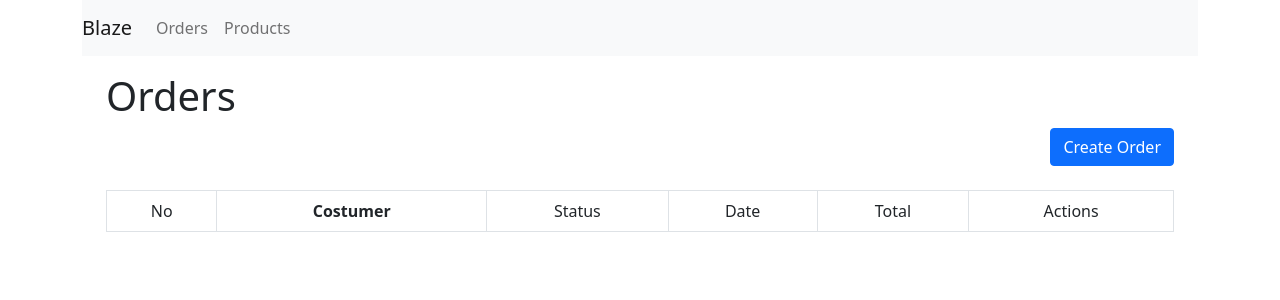
Repository: Isamae/Fractal
Page: / (app in frond/)
An editor plug-in stored every save of this project. The page is shown before and after the next save, followed by the edit.
The browser window is 1280 px wide. The pictures show the whole page.
The page's requests for data from a server got no answer. The project was rebuilt for these pictures with package versions that can differ from the ones it lists, and the page was loaded fresh each time. No one was signed in, and anything a server would have sent is missing. Also part of the build but not shown: frond/src/App.css, frond/src/components/ProductComponent.js, frond/src/components/AddProductComponent.js, frond/src/components/AddOrderComponent.js, frond/src/components/EditProductComponent.js.

Above is the page before, as saved 2021-09-17 17:44:45.

### frond/src/index.js
import React from 'react';
import ReactDOM from 'react-dom';
import { BrowserRouter } from "react-router-dom";

import App from './App';
import * as serviceWorker from "./serviceWorker";


ReactDOM.render(
  <BrowserRouter>
    <App />
  </BrowserRouter>,
  document.getElementById('root')
);

serviceWorker.unregister();

### frond/src/App.js
import React, { Component } from "react";
import { Switch, Route, Link } from "react-router-dom";

import 'bootstrap/dist/css/bootstrap.min.css'
import './App.css';

import ProductComponent from "./components/ProductComponent";
import OrderComponent from "./components/OrderComponent";
import AddProductComponent from "./components/AddProductComponent";
import AddOrderComponent from "./components/AddOrderComponent";
import EditProductComponent from "./components/EditProductComponent";

class App extends Component {
  render() {
    return (
      <div className="container">
          <nav className="navbar navbar-expand-lg navbar-light bg-light">
              <Link to={"/orders"} className="navbar-brand">
                Blaze
              </Link>
              <div className="navbar-nav mr-auto">
                  <li className="nav-item">
                      <Link to={"/orders"} className="nav-link">
                          Orders
                      </Link>
                  </li>
                  <li className="nav-item">
                      <Link to={"/products"} className="nav-link">
                        Products
                      </Link>
                  </li>
              </div>
          </nav>

          <div className="container mt-3">
              <Switch>
                  <Route exact path="/products" component={ProductComponent} />
                  <Route exact path={["/", "/orders"]} component={OrderComponent} />
                  <Route exact path="/products/product" component={AddProductComponent} />
                  <Route exact path="/orders/order" component={AddOrderComponent} />
                  <Route path="/products/product/:id" component={EditProductComponent} />
              </Switch>
          </div>
      </div>
    );
  }
}

export default App;

### frond/src/serviceWorker.js
const isLocalhost = Boolean(
  window.location.hostname === 'localhost' ||
    // [::1] is the IPv6 localhost address.
    window.location.hostname === '[::1]' ||
    // 127.0.0.0/8 are considered localhost for IPv4.
    window.location.hostname.match(
      /^127(?:\.(?:25[0-5]|2[0-4][0-9]|[01]?[0-9][0-9]?)){3}$/
    )
);

export function register(config) {
  if (process.env.NODE_ENV === 'production' && 'serviceWorker' in navigator) {
    // The URL constructor is available in all browsers that support SW.
    const publicUrl = new URL(process.env.PUBLIC_URL, window.location.href);
    if (publicUrl.origin !== window.location.origin) {
      // Our service worker won't work if PUBLIC_URL is on a different origin
      // from what our page is served on. This might happen if a CDN is used to
      return;
    }

    window.addEventListener('load', () => {
      const swUrl = `${process.env.PUBLIC_URL}/service-worker.js`;

      if (isLocalhost) {
        // This is running on localhost. Let's check if a service worker still exists or not.
        checkValidServiceWorker(swUrl, config);

        // Add some additional logging to localhost, pointing developers to the
        // service worker/PWA documentation.
        navigator.serviceWorker.ready.then(() => {
          console.log(
            'This web app is being served cache-first by a service ' +
              'worker. To learn more, visit https://bit.ly/CRA-PWA'
          );
        });
      } else {
        // Is not localhost. Just register service worker
        registerValidSW(swUrl, config);
      }
    });
  }
}

function registerValidSW(swUrl, config) {
  navigator.serviceWorker
    .register(swUrl)
    .then(registration => {
      registration.onupdatefound = () => {
        const installingWorker = registration.installing;
        if (installingWorker == null) {
          return;
        }
        installingWorker.onstatechange = () => {
          if (installingWorker.state === 'installed') {
            if (navigator.serviceWorker.controller) {
              // At this point, the updated precached content has been fetched,
              // but the previous service worker will still serve the older
              // content until all client tabs are closed.
              console.log(
                'New content is available and will be used when all ' +
                  'tabs for this page are closed. See https://bit.ly/CRA-PWA.'
              );

              // Execute callback
              if (config && config.onUpdate) {
                config.onUpdate(registration);
              }
            } else {
              // At this point, everything has been precached.
              // It's the perfect time to display a
              // "Content is cached for offline use." message.
              console.log('Content is cached for offline use.');

              // Execute callback
              if (config && config.onSuccess) {
                config.onSuccess(registration);
              }
            }
          }
        };
      };
    })
    .catch(error => {
      console.error('Error during service worker registration:', error);
    });
}

function checkValidServiceWorker(swUrl, config) {
  // Check if the service worker can be found. If it can't reload the page.
  fetch(swUrl, {
    headers: { 'Service-Worker': 'script' }
  })
    .then(response => {
      // Ensure service worker exists, and that we really are getting a JS file.
      const contentType = response.headers.get('content-type');
      if (
        response.status === 404 ||
        (contentType != null && contentType.indexOf('javascript') === -1)
      ) {
        // No service worker found. Probably a different app. Reload the page.
        navigator.serviceWorker.ready.then(registration => {
          registration.unregister().then(() => {
            window.location.reload();
          });
        });
      } else {
        // Service worker found. Proceed as normal.
        registerValidSW(swUrl, config);
      }
    })
    .catch(() => {
      console.log(
        'No internet connection found. App is running in offline mode.'
      );
    });
}

export function unregister() {
  if ('serviceWorker' in navigator) {
    navigator.serviceWorker.ready
      .then(registration => {
        registration.unregister();
      })
      .catch(error => {
        console.error(error.message);
      });
  }
}

### frond/src/components/OrderComponent.js
import React from "react";
import { Link } from "react-router-dom";
import Routes from "../services/routes.service";

class ProductComponent extends React.Component{
    constructor(props){
        super(props)
        this.state ={
            orders:[]
        }
    }

    componentDidMount(){
        this.getOrders();
    }

    getOrders(){
        Routes.getAllOrders().then(
            response => {
                this.setState({orders: response.data})
                console.log(response.data)
            }

        ).catch(e => {
            console.log(e);
        });
    }

    render(){
        return (
            <div  className="container ">
                <div className="d-flex flex-row"><h1> Orders</h1></div>
                <div className="d-flex flex-row-reverse mb-4">
                    <Link
                        to={"/orders/order"}
                    >
                        <button type="button" className="btn btn-primary">Create Order</button>
                    </Link>
                </div>
                <div className="row">
                    <div className="table-responsive ">
                        <table className="table table-striped table-hover table-bordered text-center">
                            <thead>

                                <tr>
                                    <td scope="col">No</td>
                                    <td><strong>Costumer</strong></td>
                                    <td>Status</td>
                                    <td>Date</td>
                                    <td>Total</td>
                                    <td>Actions</td>
                                </tr>

                            </thead>
                            <tbody>
                                {
                                    this.state.orders.map(
                                        order =>
                                        <tr key = {order._id}>
                                            <td>{order.order_number}</td>
                                            <td>{order.consumer.name}</td>
                                            <td>{order.order_status}</td>
                                            <td>{order.order_date}</td>
                                            <td>{order.total_amount}</td>
                                            <td>
                                                <Link
                                                    to={"/orders/order/"+order._id}
                                                >
                                                    Edit
                                                </Link>

                                            </td>
                                        </tr>
                                    )
                                }
                            </tbody>
                        </table>
                    </div>
                </div>
            </div>
        )
    }
}

export default ProductComponent

### frond/src/services/routes.service.js
import http from '../http';

class Routes{
    /*Product*/
    getAllProducts(){
        return http.get("/products/");
    }

    createProduct(data) {
        return http.post("/products/product", data);
    }

    updateProduct(id, data) {
        return http.put(`/products/product/${id}`, data);
    }

    deleteProduct(id) {
        return http.delete(`/products/product/${id}`);
    }

    getProduct(id) {
        return http.get(`/products/product/dato/${id}`);
    }

    /*Orders*/

    getAllOrders(){
        return http.get("/orders/");
    }

    createOrder(data) {
        return http.post("/orders/order", data);
    }

    /*Consumer*/

    createConsumer(data) {
        return http.post("/consumers/consumer", data);
    }
}

export default new Routes();

Loaded but not shown: frond/public/index.html (common file); frond/src/http.js (common file)

After the next save:
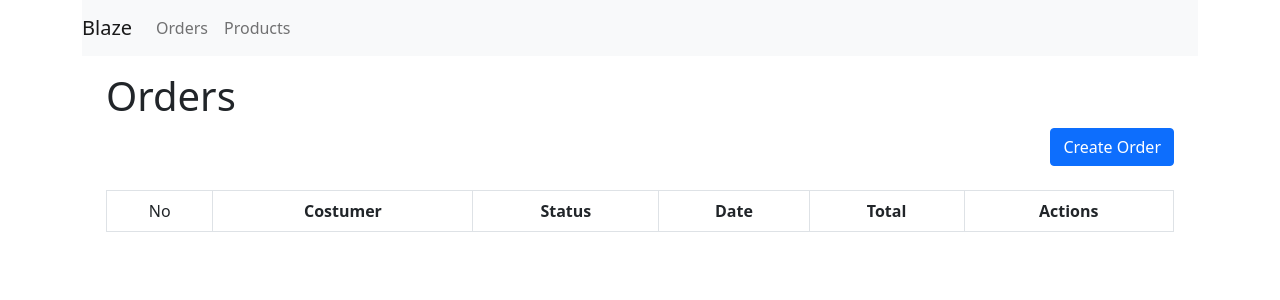
Saved 24 s later.
--- a/frond/src/components/OrderComponent.js
+++ b/frond/src/components/OrderComponent.js
@@ -45,10 +45,10 @@ class ProductComponent extends React.Component{
                                 <tr>
                                     <td scope="col">No</td>
                                     <td><strong>Costumer</strong></td>
-                                    <td>Status</td>
-                                    <td>Date</td>
-                                    <td>Total</td>
-                                    <td>Actions</td>
+                                    <td><strong>Status</strong></td>
+                                    <td><strong>Date</strong></td>
+                                    <td><strong>Total</strong></td>
+                                    <td><strong>Actions</strong></td>
                                 </tr>
 
                             </thead>
